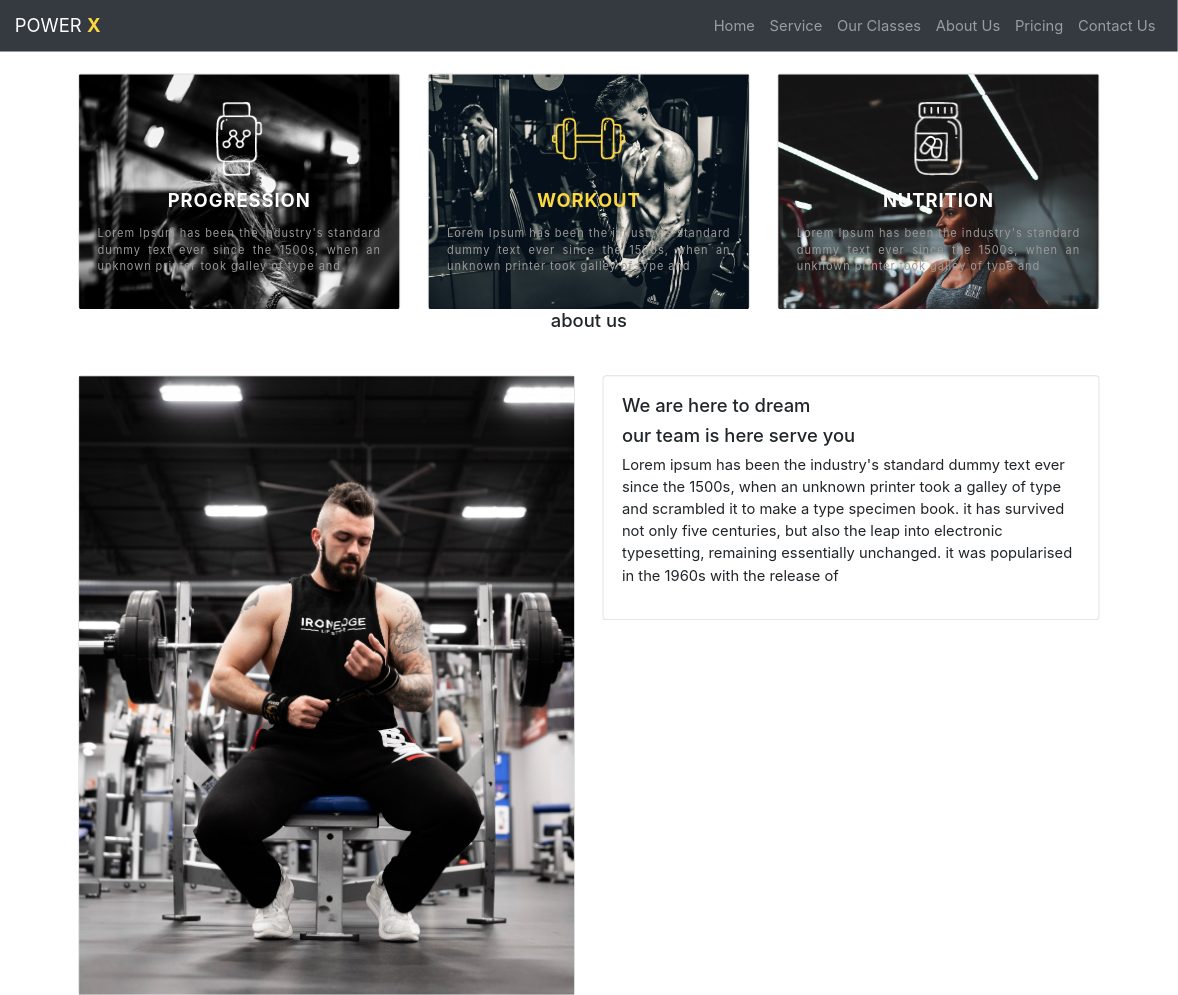
Repository: arif286/power-x-gym
Page: /
The author's editor kept a copy of each file at every save. The page is drawn from the files as they stood at one save, then again after the next save.
The browser window is 1280 px wide. The pictures show the whole page, at 92% of full size.
The project was rebuilt for these pictures with package versions that can differ from the ones it lists, and the page was loaded fresh each time.

Above is the page before, as saved 2021-04-06 20:40:33.

After the next save:
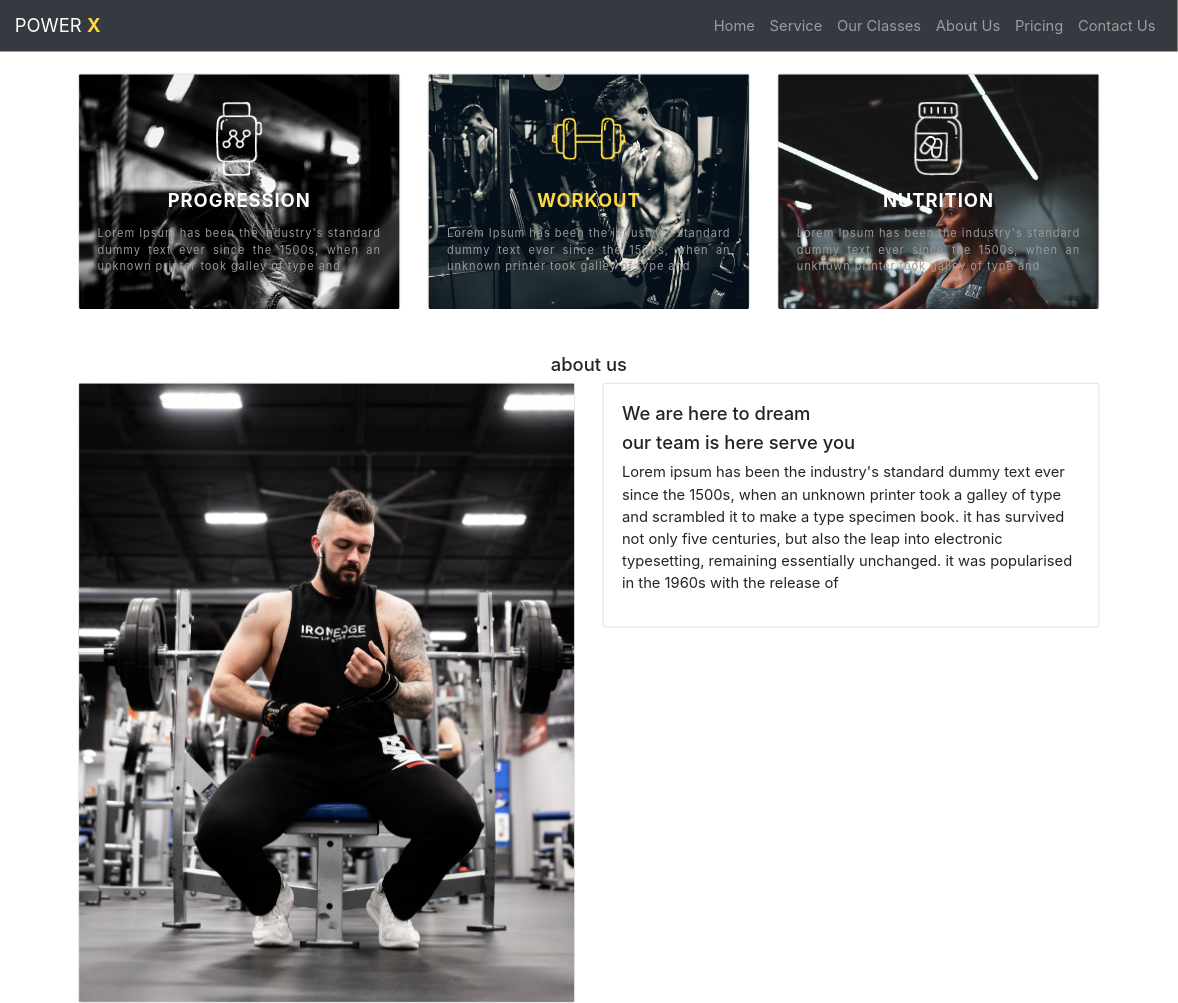
Saved 19 s later.
--- a/src/components/About/About.js
+++ b/src/components/About/About.js
@@ -5,9 +5,9 @@ import aboutImg from "../../power-x-gym/Image & Icon/wells-chan-H-vAxuWxmi8-unsp
 const About = () => {
   return (
     <>
-      <Container>
-        <h5 className='text-center'>about us</h5>
-        <Row className="row-cols-1 row-cols-md-2 g-4 mt-5">
+      <Container className="mt-5">
+        <h5 className="text-center">about us</h5>
+        <Row className="row-cols-1 row-cols-md-2 g-4 ">
           <Col>
             <Card>
               <img src={aboutImg} alt="" />
